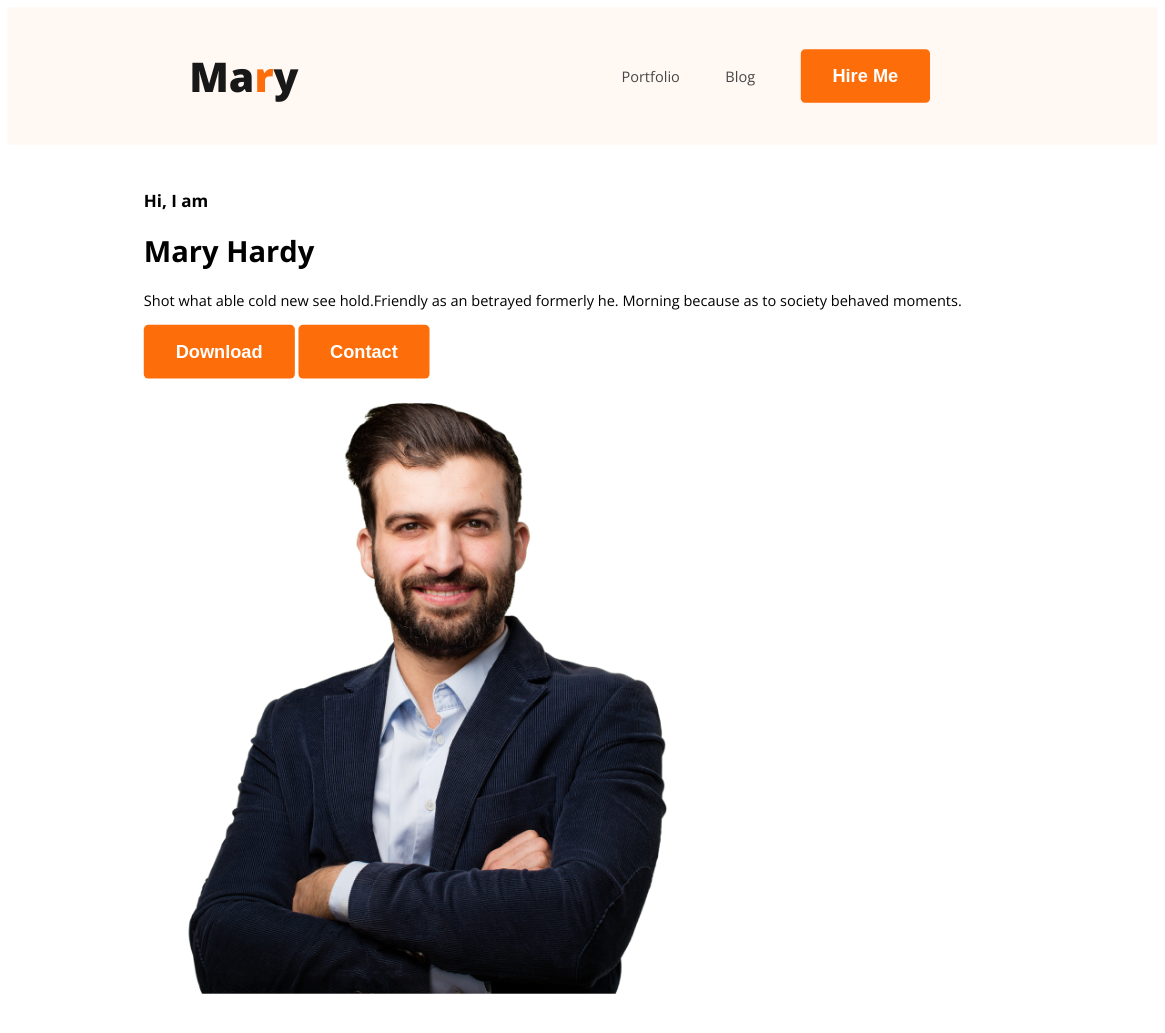
Repository: ShouravAhammed/Simple-Portfolio-Webpage
Page: index.html
These files come from the project's save history. The page is drawn as it stood at one moment and after the next save; the edit follows.
The browser window is 1280 px wide. The pictures show the whole page, at 91% of full size.

Above is the page before, as saved 2024-01-06 00:33:08.

### index.html
<!DOCTYPE html>
<html lang="en">
<head>
    <meta charset="UTF-8">
    <meta name="viewport" content="width=device-width, initial-scale=1.0">
    <title>Mary</title>
    <link rel="stylesheet" href="index.css">
</head>
<body>
    <header class="header">
        <nav>
            <h3 class="nav-title">Ma<span class="text-primary">r</span>y</h3>
            <ul class="navber">
                <li><a href="">Portfolio</a></li>
                <li><a href="">Blog</a></li>
                <li><button class="btn-primary">Hire Me</button></li>
            </ul>
        </nav>
    </header>
    <div class="banner">
        <div>
            <h3 class="banner-greeting">Hi, I  am</h3>
            <h1 class="banner-title">Mary Hardy</h1>
            <p>Shot what able cold new see hold.Friendly as an betrayed formerly he. Morning because as to society behaved moments.</p>
            <button class="btn-primary">Download</button>
            <button class="btn-primary">Contact</button>
        </div>
        <img class="profile-pic" src="images/hardy.png" alt="profile-pic">
    </div>
    <main>

    </main>
    <footer>

    </footer>
</body>
</html>

### index.css
@import url('https://fonts.googleapis.com/css2?family=Lato:ital,wght@0,100;0,300;0,400;0,700;0,900;1,100;1,300;1,400;1,700;1,900&display=swap');
@import url('https://fonts.googleapis.com/css2?family=Open+Sans:ital,wght@0,300;0,400;0,500;0,600;0,700;0,800;1,300;1,400;1,500;1,600;1,700;1,800&display=swap');
/* google fonts import */
ul, ol{
    list-style: none;
}
body{
    font-family: 'Open Sans', sans-serif;
}
.text-primary{
    color: #FD6E0A;
}
.btn-primary{
    border-radius: 5px;
    color: #fff;
    background: #FD6E0A;
    font-size: 20px;
    font-weight: 700;
    padding: 18px 35px;
    border: 0;
}
/* header related style */
.header{
    background: #FFF8F3;
}
/* nav related style */
nav{
    display: flex;
    justify-content: space-between;
    align-items: center;
    margin: 0 200px;
}
.nav-title{
    color: #181818;
    font-size: 45px;
    font-weight: 800;
}
nav > ul{
    display: flex;
    align-items: center;
}
nav li{
    margin-right: 50px;
}
nav a{
    text-decoration: none;
    color: #474747;
}
.banner{
    background-image: url();
    padding: 30px 30px 30px 150px;
}

After the next save:
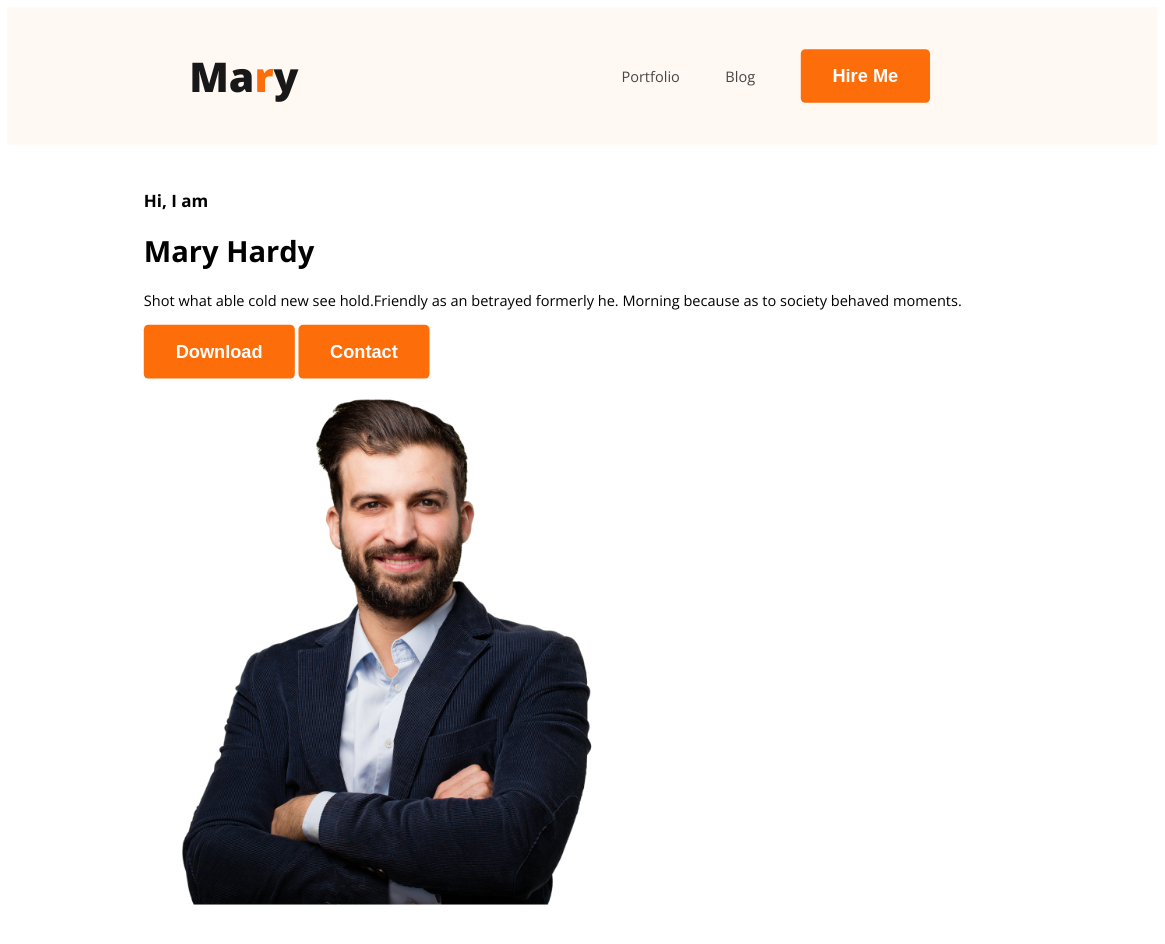
Saved 30 s later.
--- a/index.css
+++ b/index.css
@@ -47,6 +47,8 @@
     color: #474747;
 }
 .banner{
-    background-image: url();
     padding: 30px 30px 30px 150px;
 }
+.banner .profile-pic{
+    width: 500px;
+}
